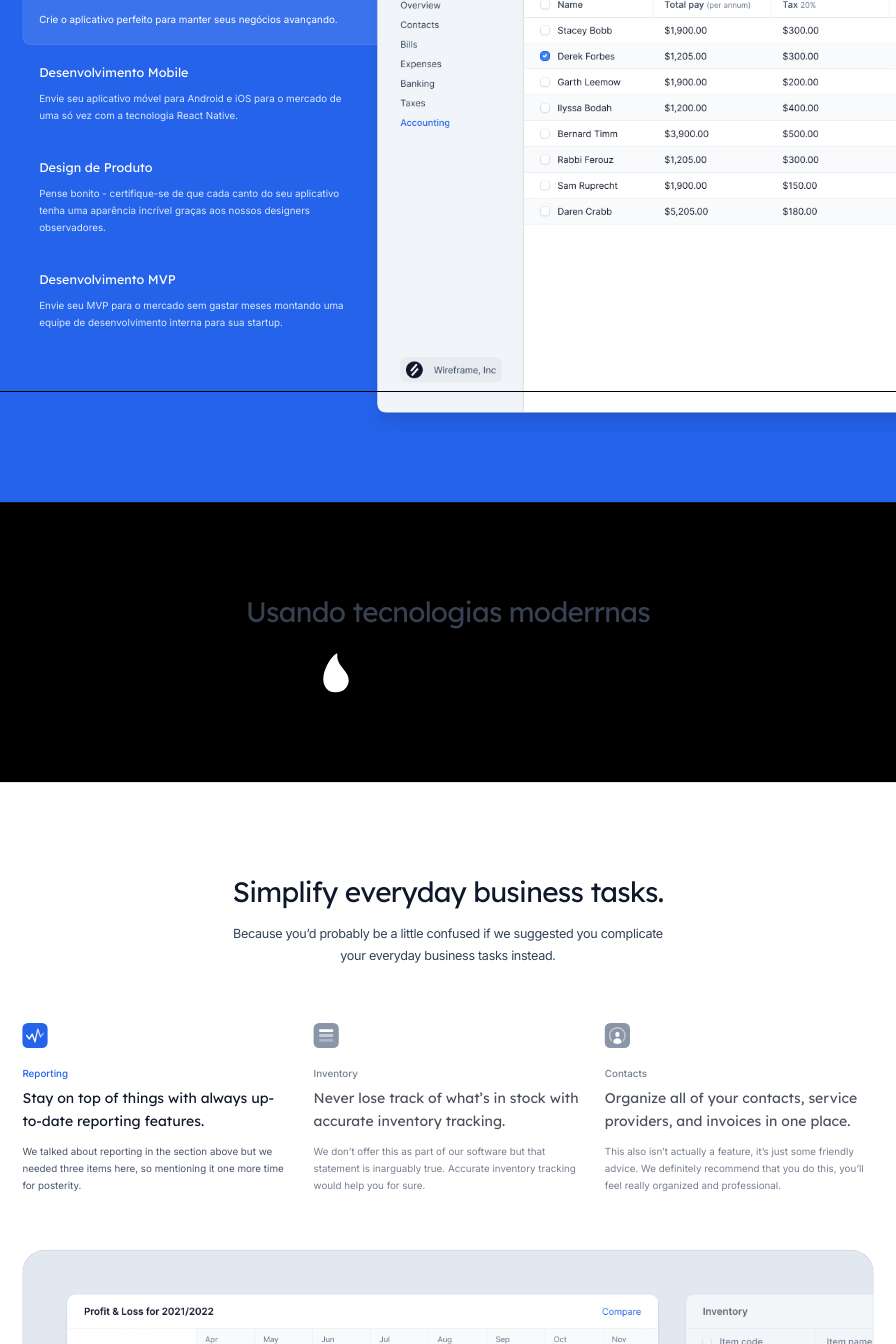
Repository: LuisSempre/imaginative
Page: /
An editor plug-in stored every save of this project. The page is shown before and after the next save, followed by the edit.
The browser window is 1280 px wide. The pictures show the part of the page from y = 2346 to 4266 px (the page is 10318 px tall), at 70% of full size.
The project was rebuilt for these pictures with package versions that can differ from the ones it lists, and the page was loaded fresh each time. The framework's server and built-in components were replaced by stand-ins that run in the browser. Also part of the build but not shown: next.config.js.

Above is the page before, as saved 2022-07-15 11:57:25.

After the next save:
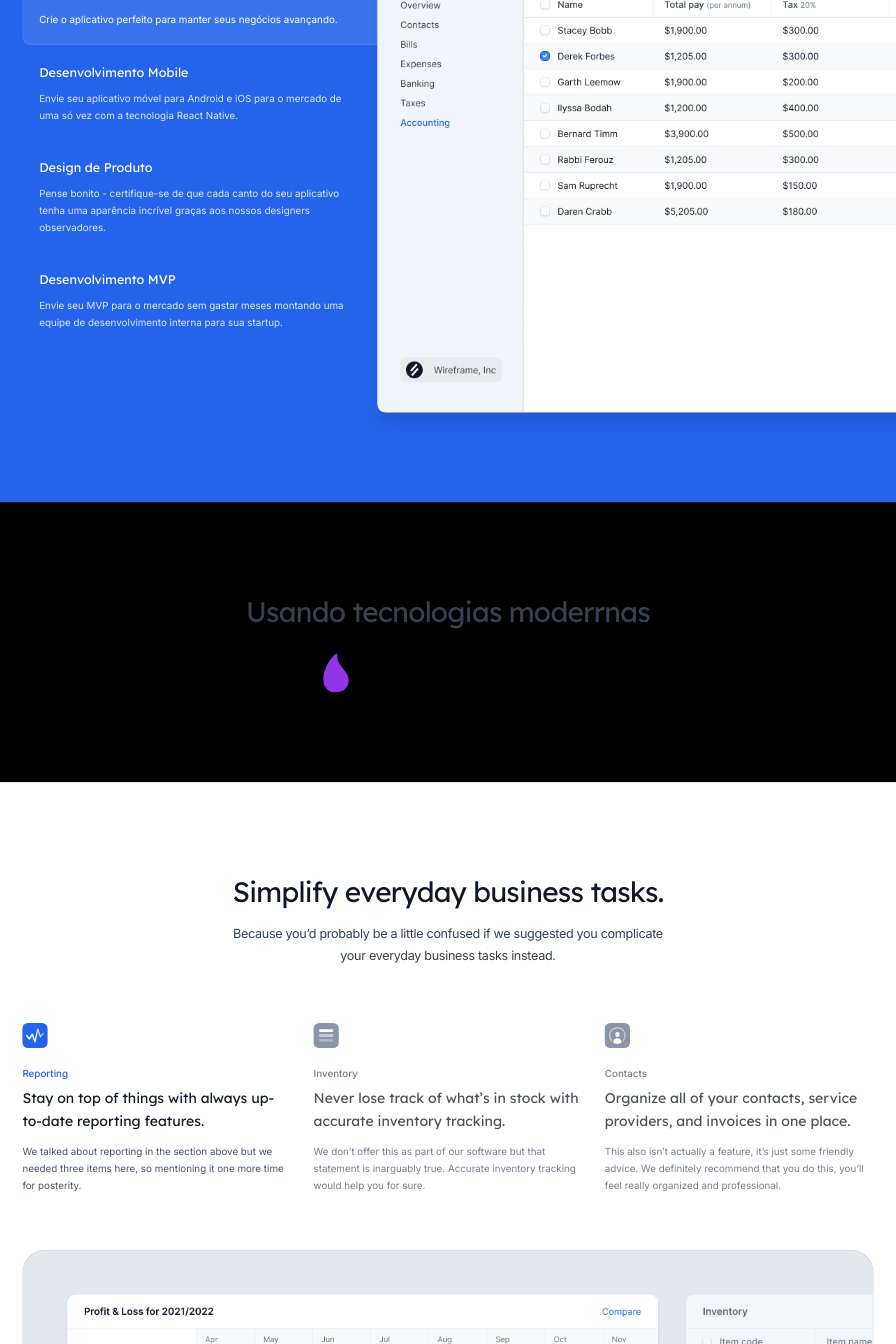
Saved 11 s later.
--- a/src/components/Tecnology.jsx
+++ b/src/components/Tecnology.jsx
@@ -14,7 +14,7 @@
             Usando tecnologias moderrnas
           </h2>
           <div className="flex justify-center mt-8 space-x-6">
-            <SiElixir className="fill-white h-14 w-14" />
+            <SiElixir className="fill-purple-600 h-14 w-14" />
             <FaNodeJs className="h-14 w-14" />
             <FaReact className="h-14 w-14" />
             <FaVuejs className="h-14 w-14" />
